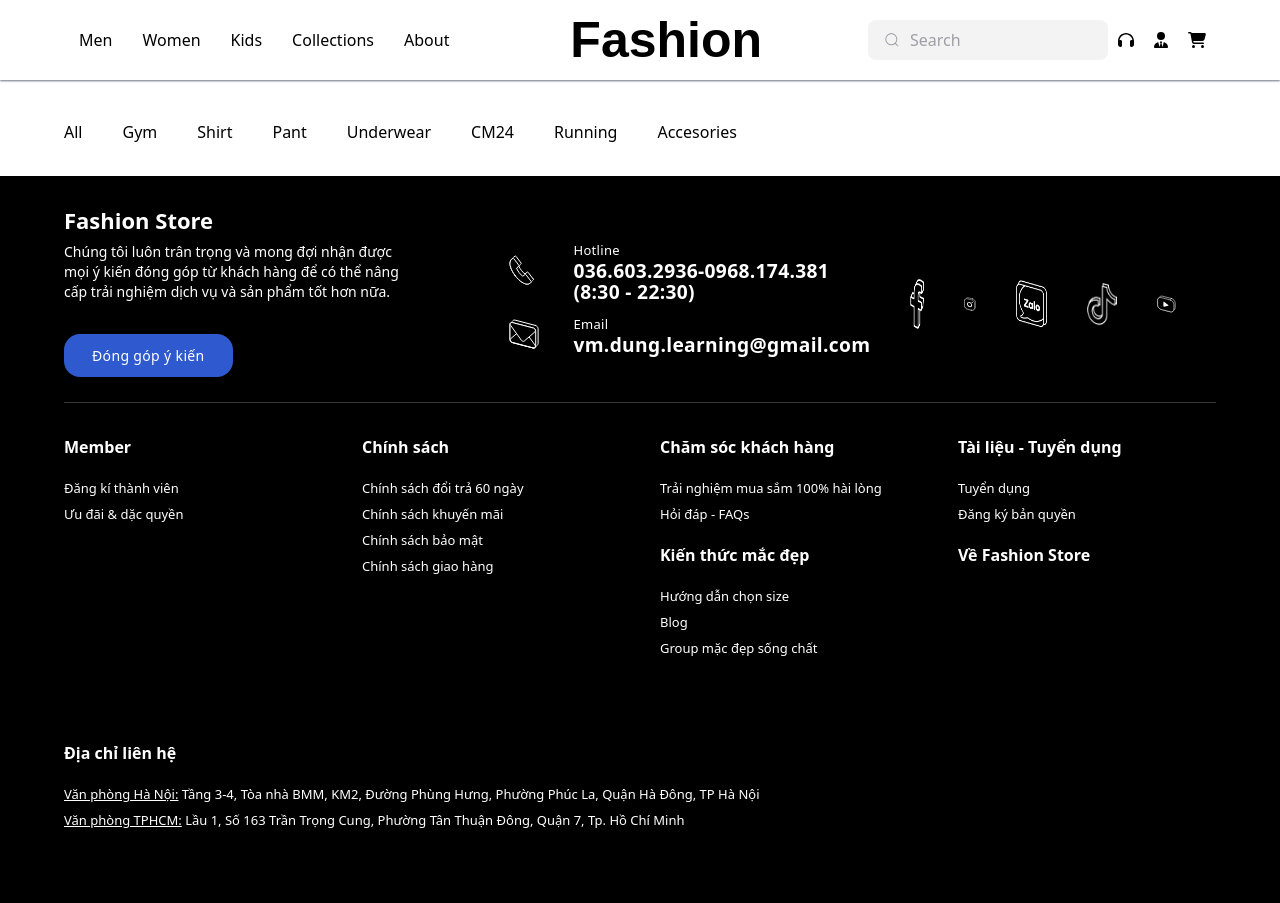
Repository: VuSnow/Software_Engineering
Page: /products
The author's editor kept a copy of each file at every save. The page is drawn from the files as they stood at one save, then again after the next save.
The browser window is 1280 px wide. The pictures show the whole page.
The project was rebuilt for these pictures with package versions that can differ from the ones it lists, and the page was loaded fresh each time. The framework's server and built-in components were replaced by stand-ins that run in the browser. Also part of the build but not shown: next.config.js, src/components/cart/CartItem/CartItem.tsx, src/components/cart/Cart.tsx.

Above is the page before, as saved 2023-06-25 10:25:34.

### src/app/layout.tsx
"use client";
import Header from "@/components/header/Header";
import "./globals.css";
import { Inter } from "next/font/google";
import Footer from "@/components/footer/Footer";

const inter = Inter({ subsets: ["latin"] });

export const metadata = {
  title: "Create Next App",
  description: "Generated by create next app",
};
export default function RootLayout({
  children,
}: {
  children: React.ReactNode;
}) {
  return (
    <html lang="en">
      <body>
        <Header />
        {children}
        <Footer />
      </body>
    </html>
  );
}

### src/app/products/page.tsx
import React from "react";
import Link from "next/link";

const Products = () => {
  return (
    <section className="mt-20 px-[5%]">
      <div className="container mt-10">
        <div className="categories-list">
          <div className="tab-header flex gap-10">
            <Link href="#">All</Link>
            <Link href="#">Gym</Link>
            <Link href="#">Shirt</Link>
            <Link href="#">Pant</Link>
            <Link href="#">Underwear</Link>
            <Link href="#">CM24</Link>
            <Link href="#">Running</Link>
            <Link href="#">Accesories</Link>
          </div>
        </div>
      </div>
    </section>
  );
};

export default Products;

### src/components/header/Header.tsx
import React, { useState, useEffect, useContext } from "react";
import { FontAwesomeIcon } from "@fortawesome/react-fontawesome";
import {
  faBars,
  faHeadphones,
  faUserTie,
  faCartShopping,
  faXmark,
  faPlus,
  faMinus,
} from "@fortawesome/free-solid-svg-icons";
import Cart from "../cart/Cart";
const Header = () => {
  const [classNav, setClassNav] = useState<String>(
    "opacity-0 invisible -left-full"
  );
  const [showCart, setShowCart] = useState(false);
  const showNav = () => {
    setClassNav("opacity-1 visible left-0");
  };
  const closeNav = () => {
    setClassNav("opacity-0 invisible -left-full");
  };
  return (
    <>
      <header className="text-black shadow-sm  mb-4 fixed block top-0 left-0 right-0 bg-white w-full shadow-gray-500 z-[99]">
        <div className="flex tablet: justify-between h-20 items-center mr-auto ml-auto max-w-full pl-[5%] pr-[5%]">
          <nav className="main-menu">
            <div className="mobile-menu cursor-pointer max-tablet:block hidden">
              <FontAwesomeIcon icon={faBars} size="2xl" onClick={showNav} />
            </div>
            <ul className="menu max-tablet:hidden flex">
              <li className="p-[15px] cursor-pointer">Men</li>
              <li className="p-[15px] cursor-pointer">Women</li>
              <li className="p-[15px] cursor-pointer">Kids</li>
              <li className="p-[15px] cursor-pointer">Collections</li>
              <li className="p-[15px] cursor-pointer">About</li>
            </ul>
            <div
              className={`sub-mobile-menu fixed top-0 right-0 bottom-[45px] bg-white z-[1000] pt-16 pr-4 pb-0 pl-4 ${classNav} overflow-y-auto`}
            >
              <div className="box-action bg-[#343a40] flex items-center justify-center rounded-tl-xl h-12 rounded-br-xl mb-[30px]">
                <a
                  href="#"
                  className="action-login text-white text-center text-[18px]"
                >
                  Đăng nhập
                </a>
              </div>
              <ul className="menu-mb">
                <li className="mb-[30px] pr-2 flex justify-between">
                  <a href="#">Men </a>
                  <span className="arrow">
                    <FontAwesomeIcon icon={faPlus} />
                    <FontAwesomeIcon icon={faMinus} className="hidden" />
                  </span>
                </li>
                <li className="mb-[30px] pr-2 flex justify-between">
                  <a href="#">Women </a>
                  <span className="arrow">
                    <FontAwesomeIcon icon={faPlus} />
                    <FontAwesomeIcon icon={faMinus} className="hidden" />
                  </span>
                </li>
                <li className="mb-[30px] pr-2 flex justify-between">
                  <a href="#">Kids </a>
                  <span className="arrow">
                    <FontAwesomeIcon icon={faPlus} />
                    <FontAwesomeIcon icon={faMinus} className="hidden" />
                  </span>
                </li>
                <li className="mb-[30px] pr-2 flex justify-between">
                  <a href="#">Collections </a>
                  <span className="arrow">
                    <FontAwesomeIcon icon={faPlus} />
                    <FontAwesomeIcon icon={faMinus} className="hidden" />
                  </span>
                </li>
                <li className="mb-[30px] pr-2 flex justify-between">
                  <a href="#">About </a>
                  <span className="arrow">
                    <FontAwesomeIcon icon={faPlus} />
                    <FontAwesomeIcon icon={faMinus} className="hidden" />
                  </span>
                </li>
              </ul>
              <div className="close-menu absolute top-[25px] left-[25px] text-[24px] text-black">
                <FontAwesomeIcon icon={faXmark} onClick={closeNav} />
              </div>
            </div>
          </nav>
          <div className="logo-brand">
            <a href="#" className="text-[50px] font-bold font-kumbhsan">
              Fashion
            </a>
          </div>
          <div className="right-header flex">
            <form
              action="search"
              name="form-search"
              className="flex leading-7 items-center relative max-w-[240px] max-mobile:hidden"
            >
              <svg
                className="icon absolute left-4 fill-[#9e9ea7] w-4 h-4"
                aria-hidden="true"
                viewBox="0 0 24 24"
              >
                <g>
                  <path d="M21.53 20.47l-3.66-3.66C19.195 15.24 20 13.214 20 11c0-4.97-4.03-9-9-9s-9 4.03-9 9 4.03 9 9 9c2.215 0 4.24-.804 5.808-2.13l3.66 3.66c.147.146.34.22.53.22s.385-.073.53-.22c.295-.293.295-.767.002-1.06zM3.5 11c0-4.135 3.365-7.5 7.5-7.5s7.5 3.365 7.5 7.5-3.365 7.5-7.5 7.5-7.5-3.365-7.5-7.5z"></path>
                </g>
              </svg>
              <input
                type="text"
                placeholder="Search"
                className=" w-full h-[40px] leading-7 p-0 pl-10 pr-4 border-2 border-solid border-transparent rounded-lg outline-none bg-[#f3f3f4] text-[#0d0c22] transition-all placeholder:text-[#9e9ea7] focus:outline-none focus:border-[rgba(234,76,137,0.4)] focus:bg-white focus:shadow-md"
              />
            </form>
            <div className="header-action flex">
              <div className="item wallet m-[10px] max-mobile:hidden cursor-pointer">
                <FontAwesomeIcon icon={faHeadphones} />
              </div>
              <div className="item person m-[10px] max-mobile:hidden cursor-pointer">
                <FontAwesomeIcon icon={faUserTie} />
              </div>
              <div
                className="item cart m-[10px] cursor-pointer"
                onClick={() => setShowCart(true)}
              >
                <FontAwesomeIcon icon={faCartShopping} />
              </div>
            </div>
          </div>
        </div>
      </header>
      {showCart && <Cart setShowCart={setShowCart} />}
    </>
  );
};

export default Header;

### src/app/globals.css
@tailwind base;
@tailwind components;
@tailwind utilities;

:root {
  --foreground-rgb: 0, 0, 0;
  --background-start-rgb: 214, 219, 220;
  --background-end-rgb: 255, 255, 255;
}

@media (prefers-color-scheme: dark) {
  :root {
    --foreground-rgb: 255, 255, 255;
    --background-start-rgb: 0, 0, 0;
    --background-end-rgb: 0, 0, 0;
  }
}
body {
  display: flex;
  flex-direction: column;
  justify-content: space-between;
}

### src/components/footer/Footer.tsx
import React from "react";
import logo from "./logo.png";
import Image from "next/image";
import Link from "next/link";
import dmca from "./dmca.png";
import congthuong from "./img-congthuong.png";
import hotlineIcon from "./icon-hotline.svg";
import emailIcon from "./icon-email.svg";
import facebookIcon from "./facebook.webp";
import zaloIcon from "./zalo.webp";
import instaIcon from "./icon-instar.svg";
import youtubeIcon from "./icon-youtube.svg";
import tiktokIcon from "./tiktok.webp";

const Footer = () => {
  return (
    <footer className="text-white flex justify-center items-center bg-black py-[30px] px-[5%] leading-[160%] mt-8">
      <div className="container-footer w-full">
        <div className="footer-top text-sm">
          <div className="top-sidebar flex justify-between items-center gap-[8%] mb-8 w-full border-b border-[#d9d9d942] desktop:flex-col desktop:items-start">
            <div className="flex-[1]">
              <h4 className=" font-semibold text-[22px] mb-2 text-[#fff] leading-7">
                Fashion Store
              </h4>
              <p className="description font-normal text-left mb-8">
                Chúng tôi luôn trân trọng và mong đợi nhận được mọi ý kiến đóng
                góp từ khách hàng để có thể nâng cấp trải nghiệm dịch vụ và sản
                phẩm tốt hơn nữa.
              </p>
              <Link
                href="#"
                target="_blank"
                className="support-btn inline-flex justify-center items-center h-[43px] bg-[#2f5acf] rounded-2xl py-0 px-7 font-medium tracking-wide mb-[25px] border-0"
              >
                Đóng góp ý kiến
              </Link>
            </div>
            <div className=" flex justify-between w-full flex-[2] items-center max-tablet:flex-col max-tablet:items-start max-tablet:gap-6 max-tablet:mb-8 gap-10">
              <div className="flex-[1]">
                <div className="hotline flex gap-8 items-center w-fit font-medium text-[13px] leading-[160%] tracking-wide mb-3 justify-start">
                  <div className="icon h-8 w-8">
                    <Image src={hotlineIcon} alt="Hotline Icon" />
                  </div>
                  <div className="content">
                    <span>Hotline</span>
                    <p className="description block text-[1.2rem] font-semibold">
                      <Link href="tel: 0366032936">036.603.2936</Link>-
                      <Link href="tel: 0968174381">0968.174.381</Link>
                      <br />
                      <span>(8:30 - 22:30)</span>
                    </p>
                  </div>
                </div>
                <div className="email flex gap-8 items-center font-medium text-[13px] leading-[160%] tracking-wide mb-3 justify-start">
                  <div className="icon h-8 w-8">
                    <Image src={emailIcon} alt="Email Icon" />
                  </div>
                  <div className="content ">
                    <span>Email</span>
                    <p className=" text-[1.2rem] font-semibold">
                      <Link href="mailto: vm.dung.learning@gmail.com">
                        vm.dung.learning@gmail.com
                      </Link>
                    </p>
                  </div>
                </div>
              </div>
              <div className="social mt-0 h-[130px] flex justify-end items-center flex-[1]">
                <Link
                  href="https://www.facebook.com/dung.vuminh.315080/"
                  className="flex justify-center items-center"
                >
                  <Image
                    src={facebookIcon}
                    alt=""
                    className=" max-h-[100px] w-full pr-10 min-h-[50px]"
                  />
                </Link>
                <Link
                  href="https://www.instagram.com/v.m.dung.36/"
                  className="flex justify-center items-center"
                >
                  <Image
                    src={instaIcon}
                    alt=""
                    className=" max-h-[100px] w-full pr-10 min-h-[50px]"
                  />
                </Link>
                <Link
                  href="https://zalo.me/0366032936"
                  className="flex justify-center items-center"
                >
                  <Image
                    src={zaloIcon}
                    alt=""
                    className=" max-h-[100px] w-full pr-10 min-h-[50px]"
                  />
                </Link>
                <Link
                  href="https://www.instagram.com/v.m.dung.36/"
                  className="flex justify-center items-center"
                >
                  <Image
                    src={tiktokIcon}
                    alt=""
                    className=" max-h-[100px] w-full pr-10 min-h-[50px]"
                  />
                </Link>
                <Link
                  href="https://www.instagram.com/v.m.dung.36/"
                  className="flex justify-center items-center"
                >
                  <Image
                    src={youtubeIcon}
                    alt=""
                    className=" max-h-[100px] w-full pr-10 min-h-[50px]"
                  />
                </Link>
              </div>
            </div>
          </div>
          <div className="top-menu"></div>
        </div>
        <div className="footer-bottom">
          <div className="footer-menu flex justify-between flex-wrap gap-10">
            <div className="footer-item flex-[1] text-[13px] leading-[200%] text-[d9d9d9] min-w-[200px] mb-10">
              <h4 className="text-[#fff] font-semibold mb-4 mt-0 text-base">
                Member
              </h4>
              <ul>
                <li>Đăng kí thành viên</li>
                <li>Ưu đãi & dặc quyền</li>
              </ul>
            </div>
            <div className="footer-item flex-[1] text-[13px] leading-[200%] text-[d9d9d9] min-w-[200px] mb-10">
              <h4 className="text-[#fff] font-semibold mb-4 mt-0 text-base">
                Chính sách
              </h4>
              <ul>
                <li>Chính sách đổi trả 60 ngày</li>
                <li>Chính sách khuyến mãi</li>
                <li>Chính sách bảo mật</li>
                <li>Chính sách giao hàng</li>
              </ul>
            </div>
            <div className="footer-item flex-[1] text-[13px] leading-[200%] text-[d9d9d9] min-w-[200px] mb-10">
              <h4 className="text-[#fff] font-semibold mb-4 mt-0 text-base">
                Chăm sóc khách hàng
              </h4>
              <ul>
                <li>Trải nghiệm mua sắm 100% hài lòng</li>
                <li>Hỏi đáp - FAQs</li>
              </ul>
              <h4 className="text-[#fff] font-semibold mb-4 text-base mt-4">
                Kiến thức mắc đẹp
              </h4>
              <ul>
                <li>Hướng dẫn chọn size</li>
                <li>Blog</li>
                <li>Group mặc đẹp sống chất</li>
              </ul>
            </div>
            <div className="footer-item flex-[1] text-[13px] leading-[200%] text-[d9d9d9] min-w-[200px] mb-10">
              <h4 className="text-[#fff] font-semibold mb-4 mt-0 text-base">
                Tài liệu - Tuyển dụng
              </h4>
              <ul>
                <li>Tuyển dụng</li>
                <li>Đăng ký bản quyền</li>
              </ul>
              <h4 className="text-[#fff] font-semibold mb-4 text-base mt-4">
                Về Fashion Store
              </h4>
            </div>
            <div className="footer-item flex-[1] text-[13px] leading-[200%] text-[d9d9d9] min-w-[200px] mb-10">
              <h4 className="text-[#fff] font-semibold mb-4 mt-0 text-base">
                Địa chỉ liên hệ
              </h4>
              <p>
                <u>Văn phòng Hà Nội:</u> Tầng 3-4, Tòa nhà BMM, KM2, Đường Phùng
                Hưng, Phường Phúc La, Quận Hà Đông, TP Hà Nội
              </p>
              <p>
                <u>Văn phòng TPHCM:</u> Lầu 1, Số 163 Trần Trọng Cung, Phường
                Tân Thuận Đông, Quận 7, Tp. Hồ Chí Minh
              </p>
            </div>
          </div>
        </div>
      </div>
    </footer>
  );
};

export default Footer;

### tailwind.config.js
/** @type {import('tailwindcss').Config} */
module.exports = {
  content: [
    "./src/pages/**/*.{js,ts,jsx,tsx,mdx}",
    "./src/components/**/*.{js,ts,jsx,tsx,mdx}",
    "./src/app/**/*.{js,ts,jsx,tsx,mdx}",
  ],
  theme: {
    fontFamily: {
      kumbhsan: ["Kumbh Sans", "sans-serif"],
    },
    screens: {
      "min-w": { min: "375px" },
      mobile: { min: "375px", max: "768px" },
      tablet: { min: "768px", max: "992px" },
      "max-mobile": { max: "768px" },
      "max-tablet": { max: "992px" },
      "small-desktop": { min: "1024px", max: "1200px" },
      "big-desktop": { min: "1200px" },
      desktop: { max: "1200px" },
      md: { min: "768px" },
    },
    extend: {
      keyframs: {
        slideCartWindow: {
          "0%": { transform: "translateX(100%)" },
          "100%": { transform: "translateX(0)" },
        },
      },
    },
    backgroundSize: {
      auto: "auto",
      cover: "cover",
      contain: "contain",
      "90%": "90%",
    },
  },
  plugins: [],
};

After the next save:
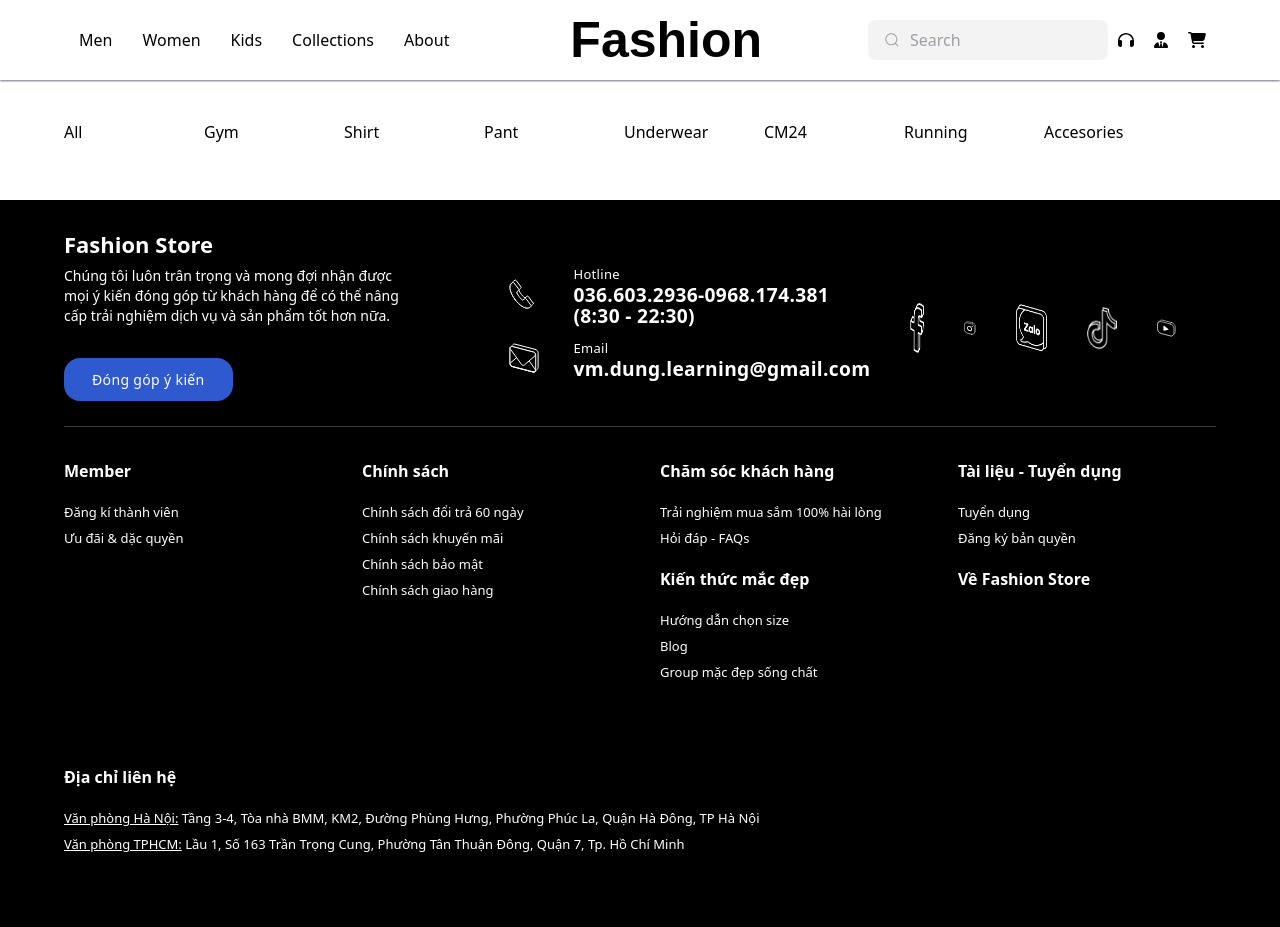
Saved 63 s later.
--- a/src/app/products/page.tsx
+++ b/src/app/products/page.tsx
@@ -7,14 +7,30 @@ const Products = () => {
       <div className="container mt-10">
         <div className="categories-list">
           <div className="tab-header flex gap-10">
-            <Link href="#">All</Link>
-            <Link href="#">Gym</Link>
-            <Link href="#">Shirt</Link>
-            <Link href="#">Pant</Link>
-            <Link href="#">Underwear</Link>
-            <Link href="#">CM24</Link>
-            <Link href="#">Running</Link>
-            <Link href="#">Accesories</Link>
+            <Link href="#" className="w-[100px] h-12">
+              All
+            </Link>
+            <Link href="#" className="w-[100px] h-12">
+              Gym
+            </Link>
+            <Link href="#" className="w-[100px] h-12">
+              Shirt
+            </Link>
+            <Link href="#" className="w-[100px] h-12">
+              Pant
+            </Link>
+            <Link href="#" className="w-[100px] h-12">
+              Underwear
+            </Link>
+            <Link href="#" className="w-[100px] h-12">
+              CM24
+            </Link>
+            <Link href="#" className="w-[100px] h-12">
+              Running
+            </Link>
+            <Link href="#" className="w-[100px] h-12">
+              Accesories
+            </Link>
           </div>
         </div>
       </div>
